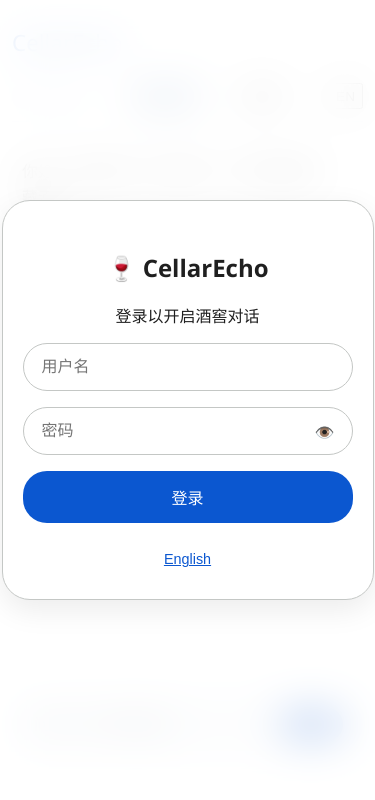
Repository: chenchenmao96/Cellar-Echo
Page: http://localhost/
These files come from the project's save history. The page is drawn as it stood at one moment and after the next save; the edit follows.
The browser window is 375 px wide. The pictures show the whole page.
The page is served by the project's application, run on Flask 3 (gemini_app.py). Other server files are loaded and not shown.

Above is the page before, as saved 2026-04-05 15:29:28.

### templates/index.html
<!DOCTYPE html>
<html lang="zh">
<head >
    <meta charset="UTF-8">
    <meta name="viewport" content="width=device-width, initial-scale=1.0, maximum-scale=1.0, user-scalable=no, viewport-fit=cover, interactive-widget=resizes-content">
    <title>CellarEcho - AI Sommelier</title>
    <script src="https://cdn.jsdelivr.net/npm/marked/marked.min.js"></script>
    <style>
        /* --- 1. Gemini Light 核心配色变量 --- */
        :root {
            --primary-blue: #0b57d0;    /* Gemini 经典蓝 */
            --bg-main: #ffffff;         /* 纯白背景 */
            --sidebar-bg: #f0f4f9;      /* 浅灰蓝背景（用于输入框和气泡） */
            --text-main: #1f1f1f;       /* 近黑色文字 */
            --text-sub: #444746;        /* 次要灰色文字 */
            --border: #c4c7c5;          /* 柔和边框色 */
            --error: #b3261e;           /* 错误红 */
        }

        body {
            font-family: 'Google Sans', 'Segoe UI', system-ui, -apple-system, sans-serif;
            background-color: var(--bg-main);
            color: var(--text-main);
            max-width: 1000px;
            margin: 0 auto;
            padding: 20px;
            display: flex;
            flex-direction: column;
            height: 95vh;
            overflow: hidden;
            transition: background 0.3s ease;
        }

        /* --- 2. 登录遮罩层 (Gemini Light 风格) --- */
        #login-overlay {
            position: fixed; top: 0; left: 0; width: 100%; height: 100%;
            background: rgba(255, 255, 255, 0.8);
            backdrop-filter: blur(20px);
            z-index: 9999;
            display: flex; align-items: center; justify-content: center;
        }

        .login-card {
            background: var(--bg-main);
            padding: 40px;
            border-radius: 28px;
            border: 1px solid var(--border);
            text-align: center;
            width: 340px;
            box-shadow: 0 10px 30px rgba(0,0,0,0.08);
        }

        .login-card input {
            width: 100%;
            background: transparent;
            border: 1px solid var(--border);
            color: var(--text-main);
            padding: 14px 18px;
            border-radius: 24px;
            margin-bottom: 16px;
            box-sizing: border-box;
            font-size: 1rem;
        }

        .login-card input:focus { border-color: var(--primary-blue); outline: none; }

        .login-btn {
            background: var(--primary-blue);
            color: white;
            width: 100%;
            padding: 14px;
            border-radius: 24px;
            border: none;
            font-weight: 500;
            cursor: pointer;
            font-size: 1rem;
        }

        /* --- 3. 主界面布局 --- */
        .header {
            display: flex; justify-content: space-between; align-items: center;
            padding-bottom: 12px; margin-bottom: 15px;
            border-bottom: 1px solid var(--sidebar-bg);
        }

        #ui-title { font-size: 1.4rem; font-weight: 500; color: var(--primary-blue); }

        #chat-container {
            flex: 1; overflow-y: auto; padding: 10px;
            display: flex; flex-direction: column;
        }

        .msg {
            margin-bottom: 24px; line-height: 1.6; padding: 12px 20px;
            border-radius: 24px; max-width: 85%;
            font-size: 1.05rem;
        }

        /* 用户消息：浅灰色背景气泡 */
        .user-msg { background: var(--sidebar-bg); color: var(--text-main); margin-left: auto; }
        /* --- 跨设备对齐修复 --- */
        .ai-msg, .assistant-msg {
            background: transparent;
            margin-right: auto;
            padding-left: 0 !important; /* 👈 强制取消左边距，确保与“AI”标签对齐 */
        }
       /* 修改后：确保结果出来后 AI 标签依然是标志性的蓝色 */
        .ai-msg b, .assistant-msg b { color: var(--primary-blue); }

        .msg b { display: block; margin-bottom: 4px; font-size: 0.8em; letter-spacing: 0.5px; }
        .user-msg b { color: var(--text-sub); }

        /* --- 4. 底部输入框 --- */
        .input-area-wrapper { padding: 10px 0 20px 0; }
        .input-area {
            display: flex; gap: 10px; background: var(--sidebar-bg);
            padding: 10px 20px; border-radius: 32px; align-items: center;
            transition: box-shadow 0.2s;
        }
        .input-area:focus-within { box-shadow: 0 1px 6px rgba(32,33,36,0.2); background: white; border: 1px solid var(--border); }

        #user-input { flex: 1; background: transparent; border: none; color: var(--text-main); outline: none; font-size: 1rem; }

        /* --- 5. 手机版适配 --- */
        @media (max-width: 600px) {
            body { padding: 12px; }
            .header { flex-direction: column; gap: 10px; align-items: flex-start; }
            .controls { width: 100%; display: flex; justify-content: space-between; }
            .msg { max-width: 92%; font-size: 1rem; }
            .login-card { width: 88%; padding: 30px 20px; }
        }

        button.icon-btn {
            background: transparent; border: none; color: var(--text-sub);
            cursor: pointer; padding: 8px; border-radius: 50%;
        }
        button.icon-btn:hover { background: var(--sidebar-bg); }

        /* --- index.html 的 <style> 标签内，末尾处插入 --- */

/* 8. Markdown 渲染美化 (配合 marked.js) */
#chat-container table {
    border-collapse: collapse;
    width: 100%;
    margin: 15px 0;
    font-size: 0.9em;
    background: var(--bg-main); /* 确保表格在白底模式下清晰 */
}

#chat-container th, #chat-container td {
    border: 1px solid var(--border);
    padding: 10px;
    text-align: left;
}

#chat-container th {
    background-color: var(--sidebar-bg); /* 表头使用浅灰色区分 */
    font-weight: 600;
}

#chat-container blockquote {
    border-left: 4px solid var(--primary-blue); /* 引用框左侧蓝条 */
    padding: 2px 15px;
    color: var(--text-sub);
    margin: 15px 0;
    background: var(--sidebar-bg);
    border-radius: 4px;
}

#chat-container ul, #chat-container ol {
    padding-left: 25px;
    margin: 10px 0;
}

/* --- 呼吸灯特效 --- */
.thinking-container {
    display: flex;
    align-items: center;
    padding: 10px 0;
    color: var(--text-sub);
}

.breathing-dot {
    width: 8px;
    height: 8px;
    background-color: var(--primary-blue);
    border-radius: 50%;
    margin-right: 5px;
    animation: breathing 1.5s ease-in-out infinite;
}

.dot-2 { animation-delay: 0.2s; }
.dot-3 { animation-delay: 0.4s; }

@keyframes breathing {
    0%, 100% { transform: scale(1); opacity: 0.3; }
    50% { transform: scale(1.3); opacity: 1; }
}
/* 搜索归属页脚样式 */
.search-tip {
    margin-top: 15px;
    padding-top: 8px;
    border-top: 1px solid #eee; /* 极细的分隔线 */
    font-size: 0.8rem;
    color: #999; /* 浅灰色，视觉权重较低 */
    display: flex;
    align-items: center;
    gap: 5px;
}

.search-tip img {
    filter: grayscale(100%); /* 图标置灰，保持界面简洁 */
    opacity: 0.6;
}
    </style>
</head>
<body>

    <div id="login-overlay">
        <div class="login-card">
            <h2 id="login-title">🍷 CellarEcho</h2>
            <p id="login-sub">登录以开启酒窖对话</p>
            <input type="text" id="login-user" placeholder="用户名">
            <div style="position: relative;">
                <input type="password" id="login-pass" placeholder="密码">
                <span onclick="togglePassword()" style="position:absolute; right:18px; top:14px; cursor:pointer; color:var(--primary-blue);">👁️</span>
            </div>
            <button onclick="handleLogin()" class="login-btn">登录</button>
            <div style="margin-top:24px;">
                <button id="login-lang-btn" onclick="toggleLang()" style="background:transparent; color:var(--primary-blue); border:none; text-decoration:underline; cursor:pointer; font-size:0.9rem;">English</button>
            </div>
            <p id="login-err-msg" style="color:var(--error); font-size:0.85rem; margin-top:15px; display:none;"></p>
        </div>
    </div>

    <div class="header">
        <h1 id="ui-title">CellarEcho</h1>
        <div class="controls">
            <input type="text" id="user-id" readonly style="width:70px; background:var(--sidebar-bg); border:none; color:var(--text-sub); border-radius:12px; text-align:center; font-size:0.75rem; padding:4px;">
            <button id="sync-btn" onclick="syncCellar()" style="color:var(--primary-blue); border-color:var(--primary-blue); font-size:0.85rem;">🔄 同步</button>
            <button id="logout-btn" onclick="location.reload()" style="font-size:0.85rem;">登出</button>
            <button id="lang-btn" onclick="toggleLang()" style="font-size:0.85rem;">EN</button>
        </div>
    </div>

    <div id="chat-container">
        <div class="msg ai-msg" id="welcome-msg">你好，陈陈。我是您的 AI 侍酒师。</div>
    </div>

    <div class="input-area-wrapper">
        <div class="input-area">
            <input type="text" id="user-input" placeholder="输入您的问题..." onkeypress="if(event.key==='Enter') sendMessage()">
            <button id="send-btn" onclick="sendMessage()" style="background:var(--primary-blue); color:white; border:none; padding:8px 18px; border-radius:20px; font-weight:500;">发送</button>
        </div>
    </div>

<script>
    // --- 1. 全局配置 ---
    const i18n = {
    zh: {
        title: "CellarEcho",
        welcome: "你好。我是您的 AI 侍酒师。今天想喝哪瓶藏酒？",
        sync: "🔄 同步",
        syncing: "⌛ 同步中...",
        lang_label: "English",
        placeholder: "问问 AI 今晚喝哪瓶...",
        logout: "登出",
        send: "发送",
        login_title: "🍷 CellarEcho",
        login_sub: "登录以开启酒窖对话",
        login_user: "用户名",
        login_pass: "密码",
        login_btn: "登录",
        login_err: "账号或密码错误" ,
        thinking: "CellarEcho 正在思考..."
    },
    en: {
        title: "CellarEcho",
        welcome: "Hello. I'm your AI Sommelier. Which bottle shall we open today?",
        sync: "🔄 Sync",
        syncing: "⌛ Syncing...",
        lang_label: "中文",
        placeholder: "Ask AI about your wine...",
        logout: "Logout",
        send: "Send",
        login_title: "🍷 CellarEcho",
        login_sub: "Login to chat with your cellar",
        login_user: "Username",
        login_pass: "Password",
        login_btn: "Login",
        login_err: "Incorrect credentials" ,
        thinking: "CellarEcho is thinking..."
    }
};
    let currentLang = localStorage.getItem('vino_lang') || 'zh';
    let currentUserId = "Guest"; // 👈 默认值，防止 ReferenceError
    let global_ct_pass = "";
    let isThinking = false; // 👈 记录 AI 是否正在思考的状态
    // --- 2. 界面更新函数 ---
    function updateUI() {
    const t = i18n[currentLang];

    // 1. 更新主界面文字
    document.getElementById('ui-title').innerText = t.title;
    document.getElementById('sync-btn').innerText = t.sync;
    document.getElementById('user-input').placeholder = t.placeholder;
    document.getElementById('lang-btn').innerText = currentLang === 'zh' ? "EN" : "中文";

    // 2. 更新“登出”和“发送”按钮
    const logoutBtn = document.getElementById('logout-btn');
    if (logoutBtn) logoutBtn.innerText = t.logout;

    const sendBtn = document.getElementById('send-btn');
    if (sendBtn) sendBtn.innerText = t.send;

    // 3. 👈 核心修复：更新登录界面的所有组件
    const loginTitle = document.getElementById('login-title');
    if (loginTitle) loginTitle.innerText = t.login_title;

    const loginSub = document.getElementById('login-sub');
    if (loginSub) loginSub.innerText = t.login_sub;

    const loginUser = document.getElementById('login-user');
    if (loginUser) loginUser.placeholder = t.login_user;

    const loginPass = document.getElementById('login-pass');
    if (loginPass) loginPass.placeholder = t.login_pass;

    const loginBtn = document.querySelector('.login-btn'); // 👈 注意类名选择器
    if (loginBtn) loginBtn.innerText = t.login_btn;

    // 4. 更新语言切换按钮（显示目标语言）
    const loginLangBtn = document.getElementById('login-lang-btn');
    if (loginLangBtn) loginLangBtn.innerText = t.lang_label;

    // 5. 更新欢迎语
    if(document.getElementById('chat-container').children.length <= 1) {
        document.getElementById('welcome-msg').innerText = t.welcome;
    }
}

    function formatMarkdown(text) {
    if (!text) return "";
    try {
        // 使用你已经在 <head> 中引入的 marked.js 库
        return marked.parse(text);
    } catch (e) {
        console.error("Markdown 解析出错:", e);
        return text; // 如果解析失败，至少返回原文本，防止界面白屏
    }
}

async function sendMessage() {
    const input = document.getElementById('user-input');
    const container = document.getElementById('chat-container');
    const message = input.value.trim();
    const sendBtn = document.getElementById('send-btn'); // 👈 核心修复：添加这一行！
    if (!message) return;
    // --- 1. 进入“思考状态” ---
    isThinking = true;
    sendBtn.disabled = true; // 禁用按钮
    sendBtn.style.opacity = "0.5"; // 视觉上变淡
    sendBtn.style.cursor = "not-allowed";
    // 1. 显示用户消息
    appendMessage('user', message);
    input.value = '';

    // 2. 创建并显示“呼吸灯”加载状态
    const loadingDiv = document.createElement('div');
    loadingDiv.className = 'msg ai-msg';
    const thinkingText = i18n[currentLang].thinking;
    loadingDiv.innerHTML = `
        <b>AI</b>
        <div class="thinking-container">
            <div class="breathing-dot"></div>
            <div class="breathing-dot dot-2"></div>
            <div class="breathing-dot dot-3"></div>
            <span style="font-size:0.9em; margin-left:10px;">${thinkingText}</span>
        </div>`;
    container.appendChild(loadingDiv);
    container.scrollTop = container.scrollHeight;

    try {
        const response = await fetch('/chat', {
            method: 'POST',
            headers: { 'Content-Type': 'application/json' },
            body: JSON.stringify({
                message: message,
                user_id: currentUserId,
                lang: currentLang
            })
        });

        const reader = response.body.getReader();
        const decoder = new TextDecoder();
        let isFirstChunk = true;
        let fullText = "";
        let contentSpan = null;
        let aiMsgDiv = null; // 👈 核心修复 1：在这里定义变量，让整个循环都能访问到它

        while (true) {
            const { done, value } = await reader.read();
            if (done) break;

            const chunk = decoder.decode(value, { stream: true });

            // 3. 拦截后端发来的“搜索使用”信号
            if (chunk.includes("__GOOGLE_SEARCH_USED__")) {
                const tipText = currentLang === 'zh' ? '来自 Google 搜索的实时校准' : 'Verified by Google Search';
                const tipHtml = `
                    <div class="search-tip">
                        <img src="https://www.google.com/favicon.ico" width="12" height="12">
                        <i>${tipText}</i>
                    </div>`;

                // 👈 核心修复 2：现在 aiMsgDiv 在这里是有效的了
                if (aiMsgDiv) {
                    aiMsgDiv.insertAdjacentHTML('beforeend', tipHtml);
                }
                continue;
            }

            // 4. 收到第一个有效字符时，移除呼吸灯，创建正式消息框
            if (isFirstChunk && chunk.trim().length > 0) {
                loadingDiv.remove();
                aiMsgDiv = appendMessage('assistant', ''); // 👈 核心修复 3：赋值给 aiMsgDiv
                contentSpan = aiMsgDiv.querySelector('span');
                isFirstChunk = false;
            }

            if (contentSpan) {
                fullText += chunk;
                contentSpan.innerHTML = formatMarkdown(fullText);
                container.scrollTop = container.scrollHeight;
            }
        }
    } catch (error) {
        loadingDiv.innerHTML = `<b>AI</b><span>Error: ${error}</span>`;
    }finally {
        // --- 核心修复：无论成功还是报错，最后都要恢复状态 ---
        isThinking = false;
        sendBtn.disabled = false;
        sendBtn.style.opacity = "1";
        sendBtn.style.cursor = "pointer";
        input.focus(); // 自动聚焦，方便连续咨询 2015 Dom Pérignon 等资产情况
    }
}
function appendMessage(role, text) {
    const container = document.getElementById('chat-container');
    const div = document.createElement('div');

    // 👈 核心修改：将 assistant 角色也映射到 ai-msg
    const roleClass = (role === 'user') ? 'user-msg' : 'ai-msg';
    div.className = `msg ${roleClass}`;

    const label = role === 'user' ? (currentLang === 'zh' ? '您' : 'You') : 'AI';
    div.innerHTML = `<b>${label}</b><span>${formatMarkdown(text)}</span>`;
    container.appendChild(div);
    container.scrollTop = container.scrollHeight;
    return div;
}

    // --- 4. 辅助函数 ---
    function toggleLang() {
        currentLang = currentLang === 'zh' ? 'en' : 'zh';
        localStorage.setItem('vino_lang', currentLang);
        updateUI();
    }
    // 添加这个函数来切换密码可见性
    function togglePassword() {
        const passInput = document.getElementById('login-pass');
        // 如果当前是密码模式，就换成文本模式；反之亦然
        if (passInput.type === 'password') {
            passInput.type = 'text';
        } else {
            passInput.type = 'password';
        }
    }
   async function handleLogin() {
    const user = document.getElementById('login-user').value;
    const pass = document.getElementById('login-pass').value;
    if (!user || !pass) return;

    try {
        const res = await fetch('/login', {
            method: 'POST',
            headers: {'Content-Type': 'application/json'},
            body: JSON.stringify({username:user, password:pass})
        });
        const data = await res.json();
        if (res.ok) {
            currentUserId = data.user_id;
            global_ct_pass = pass;
            document.getElementById('user-id').value = currentUserId;
            // 👈 核心：隐藏登录遮罩并更新一次 UI
            document.getElementById('login-overlay').style.display = 'none';
            updateUI();
            syncCellar();
            document.getElementById('user-input').focus();
        } else {
            const errEl = document.getElementById('login-err-msg');
            errEl.style.display = 'block';
            errEl.innerText = i18n[currentLang].login_err;
        }
    } catch (e) { console.error(e); }
}

// --- 5. 同步逻辑 ---

async function syncCellar() {
    const syncBtn = document.getElementById('sync-btn');
    const t = i18n[currentLang];

    // 1. 视觉反馈：禁用按钮并显示“同步中...”
    syncBtn.disabled = true;
    syncBtn.innerText = t.syncing;

    try {
        const res = await fetch('/update_cellar', {
            method: 'POST',
            headers: { 'Content-Type': 'application/json' },
            body: JSON.stringify({
                user_id: currentUserId,
                ct_pass: global_ct_pass
            })
        });
        const data = await res.json();

        if (res.ok) {
            // 2. 成功后在聊天框提示用户
            const successMsg = currentLang === 'zh'
                ? `✅ 同步成功！已加载 ${data.count} 瓶藏酒。`
                : `✅ Sync successful! Loaded ${data.count} bottles.`;
            appendMessage('assistant', successMsg);
        } else {
            console.error("同步失败:", data.error);
        }
    } catch (e) {
        console.error("网络错误:", e);
    } finally {
        // 3. 无论成功失败，恢复按钮状态
        syncBtn.disabled = false;
        syncBtn.innerText = t.sync;
    }
}
    // 在 index.html 的 <script> 标签中添加
document.getElementById('user-input').addEventListener('keydown', function(e) {
    if (e.key === 'Enter') {
        // 💡 只有当 AI 不在思考 ( !isThinking ) 时才触发发送
        if (!e.shiftKey && !isThinking) {
            e.preventDefault();
            sendMessage();
        } else if (isThinking) {
            // 如果正在思考，阻止回车的默认换行行为，防止输入框乱跳
            e.preventDefault();
        }
    }
});
    updateUI(); // 初始化加载
</script>
</body>
</html>

Loaded but not shown: gemini_app.py (281 lines, source omitted)

After the next save:
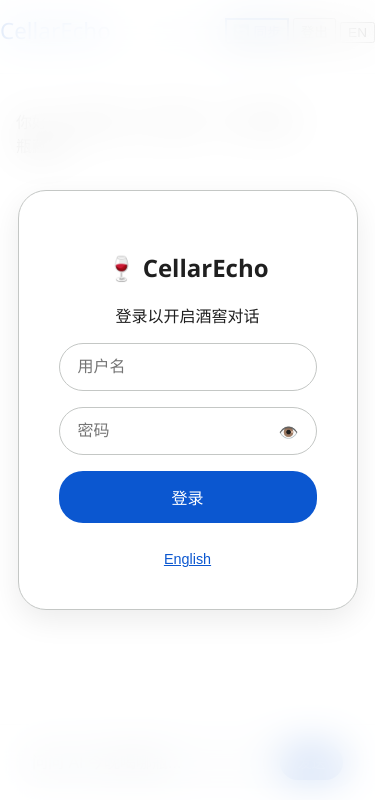
Saved 2 min 38 s later.
--- a/templates/index.html
+++ b/templates/index.html
@@ -7,29 +7,32 @@
     <script src="https://cdn.jsdelivr.net/npm/marked/marked.min.js"></script>
     <style>
         /* --- 1. Gemini Light 核心配色变量 --- */
-        :root {
-            --primary-blue: #0b57d0;    /* Gemini 经典蓝 */
-            --bg-main: #ffffff;         /* 纯白背景 */
-            --sidebar-bg: #f0f4f9;      /* 浅灰蓝背景（用于输入框和气泡） */
-            --text-main: #1f1f1f;       /* 近黑色文字 */
-            --text-sub: #444746;        /* 次要灰色文字 */
-            --border: #c4c7c5;          /* 柔和边框色 */
-            --error: #b3261e;           /* 错误红 */
-        }
-
-        body {
-            font-family: 'Google Sans', 'Segoe UI', system-ui, -apple-system, sans-serif;
-            background-color: var(--bg-main);
-            color: var(--text-main);
-            max-width: 1000px;
-            margin: 0 auto;
-            padding: 20px;
-            display: flex;
-            flex-direction: column;
-            height: 95vh;
-            overflow: hidden;
-            transition: background 0.3s ease;
-        }
+        /* --- 全局布局重构 --- */
+:root {
+    /* 之前的变量保持不变 */
+    --primary-blue: #0b57d0;
+    --bg-main: #ffffff;
+    --sidebar-bg: #f0f4f9;
+    --text-main: #1f1f1f;
+    --text-sub: #444746;
+    --border: #c4c7c5;
+}
+
+* { box-sizing: border-box; } /* 确保所有边距不撑开容器 */
+
+body {
+    font-family: 'Google Sans', 'Segoe UI', system-ui, -apple-system, sans-serif;
+    background-color: var(--bg-main);
+    color: var(--text-main);
+    margin: 0 auto;
+    /* 关键：使用 dvh (Dynamic Viewport Height) 自动避开工具栏 */
+    height: 100dvh;
+    display: flex;
+    flex-direction: column;
+    overflow: hidden; /* 防止整体滚动，只让聊天区滚动 */
+    /* 适配刘海屏和底部手势条 */
+    padding: 0 env(safe-area-inset-right) 0 env(safe-area-inset-left);
+}
 
         /* --- 2. 登录遮罩层 (Gemini Light 风格) --- */
         #login-overlay {
@@ -85,16 +88,19 @@
 
         #ui-title { font-size: 1.4rem; font-weight: 500; color: var(--primary-blue); }
 
-        #chat-container {
-            flex: 1; overflow-y: auto; padding: 10px;
-            display: flex; flex-direction: column;
-        }
-
-        .msg {
-            margin-bottom: 24px; line-height: 1.6; padding: 12px 20px;
-            border-radius: 24px; max-width: 85%;
-            font-size: 1.05rem;
-        }
+        /* --- 聊天区域：增加 iPad 阅读舒适度 --- */
+#chat-container {
+    flex: 1;
+    overflow-y: auto;
+    padding: 20px 16px;
+    display: flex;
+    flex-direction: column;
+    width: 100%;
+    max-width: 850px; /* iPad 优化：防止文字行过长，提升可读性 */
+    margin: 0 auto;
+}
+
+
 
         /* 用户消息：浅灰色背景气泡 */
         .user-msg { background: var(--sidebar-bg); color: var(--text-main); margin-left: auto; }
@@ -111,24 +117,46 @@
         .user-msg b { color: var(--text-sub); }
 
         /* --- 4. 底部输入框 --- */
-        .input-area-wrapper { padding: 10px 0 20px 0; }
-        .input-area {
-            display: flex; gap: 10px; background: var(--sidebar-bg);
-            padding: 10px 20px; border-radius: 32px; align-items: center;
-            transition: box-shadow 0.2s;
-        }
-        .input-area:focus-within { box-shadow: 0 1px 6px rgba(32,33,36,0.2); background: white; border: 1px solid var(--border); }
-
-        #user-input { flex: 1; background: transparent; border: none; color: var(--text-main); outline: none; font-size: 1rem; }
-
-        /* --- 5. 手机版适配 --- */
-        @media (max-width: 600px) {
-            body { padding: 12px; }
-            .header { flex-direction: column; gap: 10px; align-items: flex-start; }
-            .controls { width: 100%; display: flex; justify-content: space-between; }
-            .msg { max-width: 92%; font-size: 1rem; }
-            .login-card { width: 88%; padding: 30px 20px; }
-        }
+        /* --- 底部输入区：解决遮挡与悬浮感 --- */
+.input-area-wrapper {
+    width: 100%;
+    background: var(--bg-main);
+    border-top: 1px solid rgba(0,0,0,0.05);
+    /* 关键：动态计算底部间距，避开 iPhone/iPad 的 Home 条 */
+    padding: 12px 16px calc(12px + env(safe-area-inset-bottom, 15px)) 16px;
+}
+
+.input-area {
+    display: flex;
+    gap: 10px;
+    background: var(--sidebar-bg);
+    padding: 8px 16px;
+    border-radius: 28px;
+    align-items: center;
+    max-width: 800px; /* iPad 优化：输入框不横跨整个屏幕 */
+    margin: 0 auto;
+    transition: all 0.2s;
+}
+
+.input-area:focus-within {
+    background: white;
+    box-shadow: 0 0 0 2px var(--primary-blue);
+}
+     #user-input {
+    flex: 1;
+    background: transparent;
+    border: none;
+    color: var(--text-main);
+    outline: none;
+    font-size: 16px; /* 关键：移动端字号不小于16px可防止 iOS 自动缩放 */
+    padding: 8px 0;
+}
+
+/* 消息气泡微调 */
+.msg {
+    max-width: 85%;
+    margin-bottom: 20px;
+}
 
         button.icon-btn {
             background: transparent; border: none; color: var(--text-sub);
